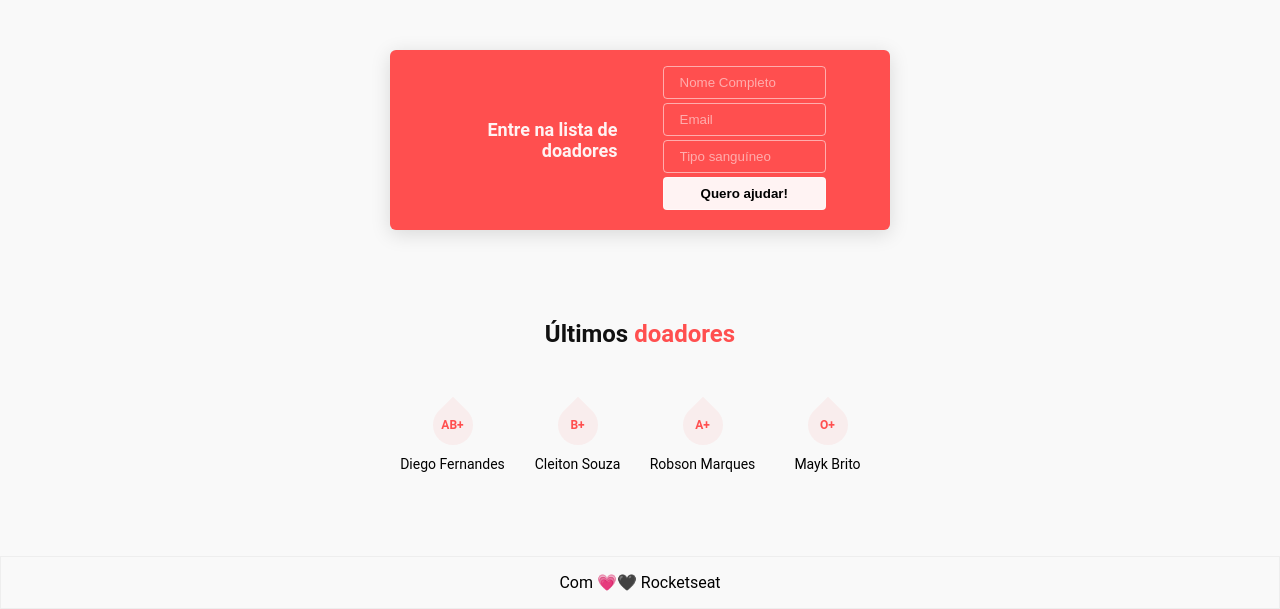
Repository: lucas-silva-dev/Doe
Page: index.html
These files come from the project's save history. The page is drawn as it stood at one moment and after the next save; the edit follows.
The browser window is 1280 px wide. The pictures show the part of the page from y = 459 to 1068 px (the page is 1068 px tall).
A picture or video elsewhere on the page could not be fetched, so the positions and the page height are approximate. Some web fonts or font styles are not loaded; a fallback is used.

Above is the page before, as saved 2020-02-18 17:09:22.

After the next save:
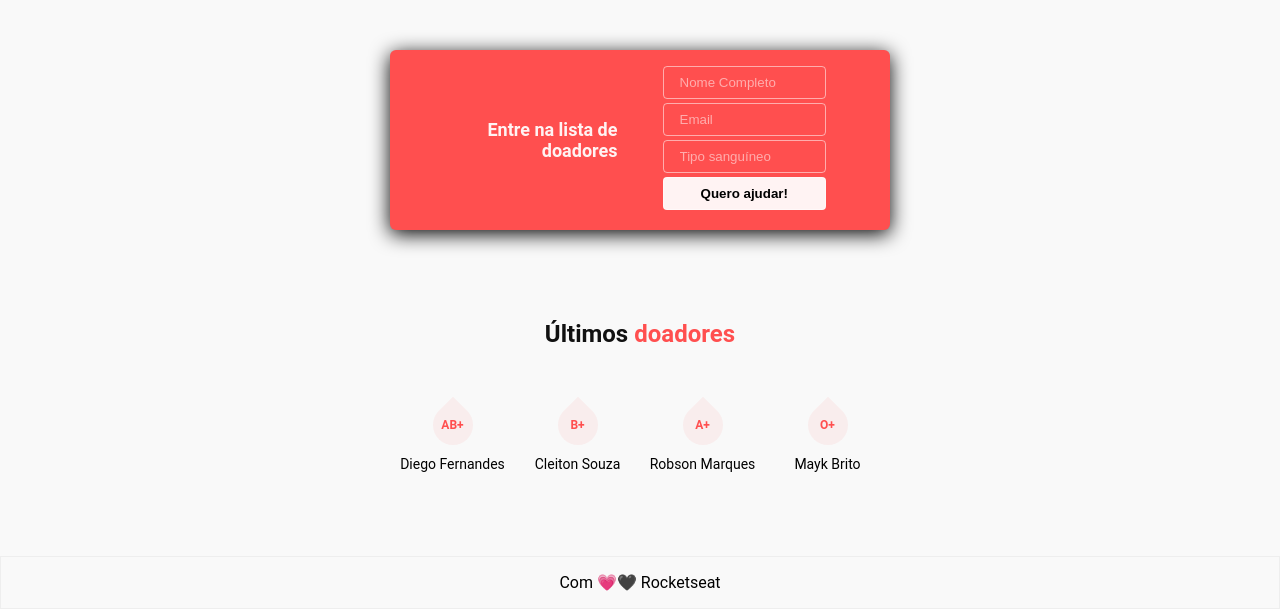
Saved 4 s later.
--- a/style.css
+++ b/style.css
@@ -95,7 +95,7 @@
   background-color: #ff4f4f;
   padding: 16px 64px;
   border-radius: 6px;
-  box-shadow: 0px 4px 20px 0 #0002;
+  box-shadow: 0px 4px 20px 0 #000;
 }
 
 form input,

After the save that followed:
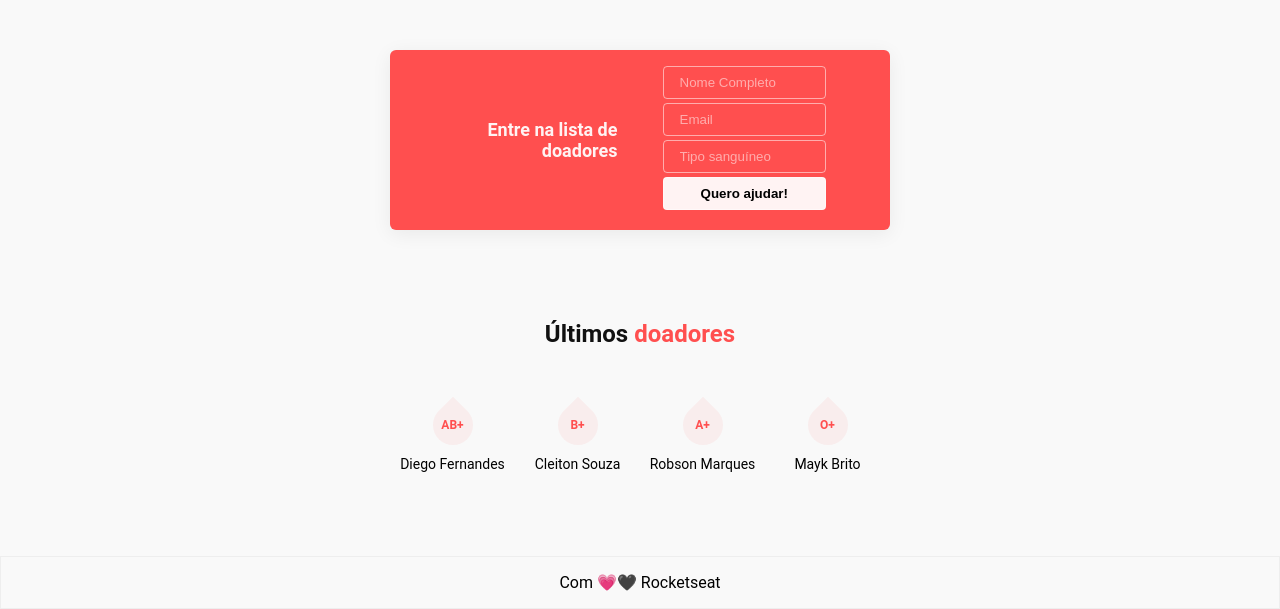
Saved 5 s later.
--- a/style.css
+++ b/style.css
@@ -95,7 +95,7 @@
   background-color: #ff4f4f;
   padding: 16px 64px;
   border-radius: 6px;
-  box-shadow: 0px 4px 20px 0 #000;
+  box-shadow: 0px 4px 20px 0 #0001;
 }
 
 form input,
